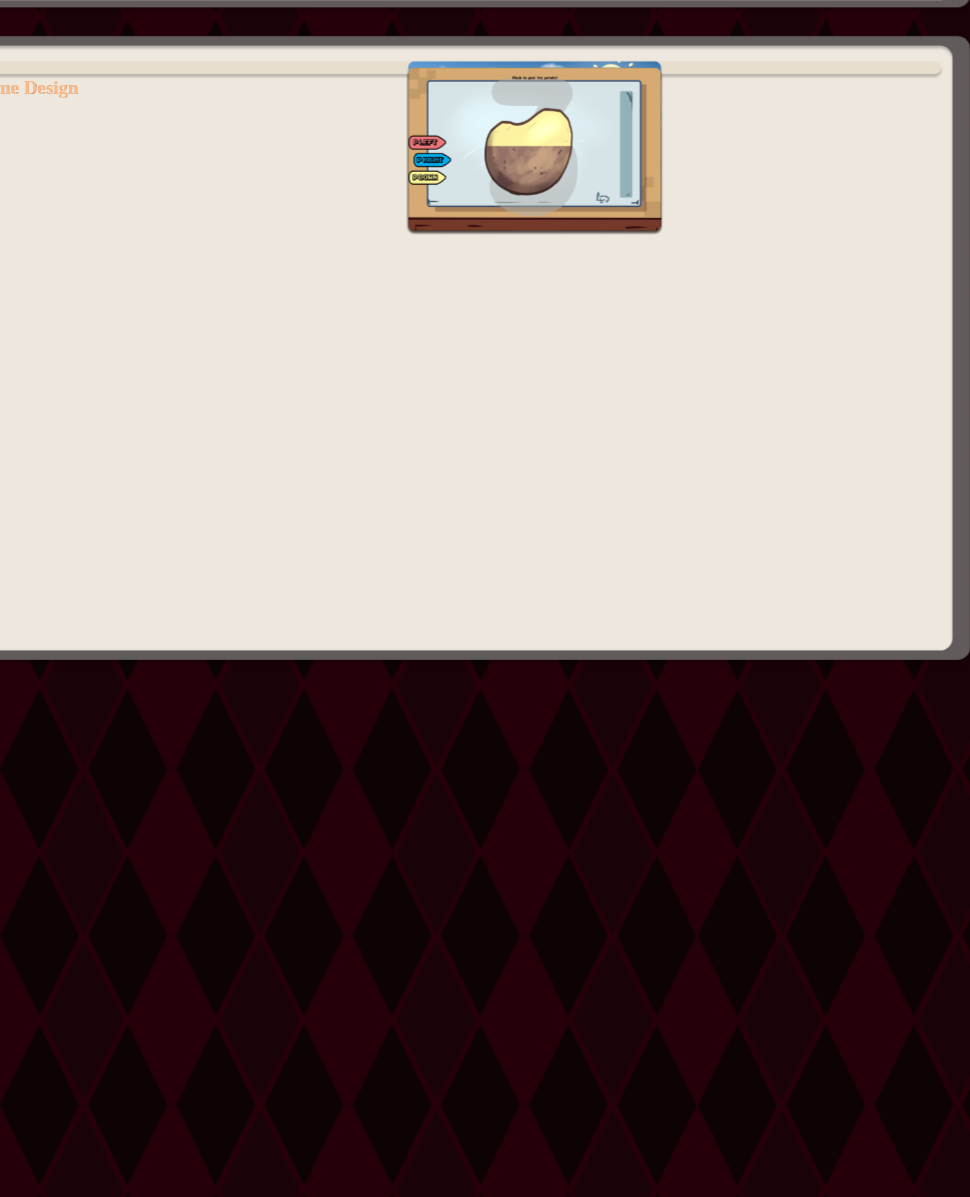
Repository: EMP-ChristinaC/Portfolio
Page: projects/potato-shuffle/potato.html
These files come from the project's save history. The page is drawn as it stood at one moment and after a run of saves; the edit follows.
The browser window is 1280 px wide. The page is 1540 px wide, so the pictures cover 1540 px, including what lies to the right of the window. The pictures show the part of the page from y = 2640 to 4540 px (the page is 4978 px tall), at 63% of full size.
Some web fonts or font styles are not loaded; a fallback is used.

Above is the page before, as saved 2024-12-09 13:59:59.

After the next 5 saves:
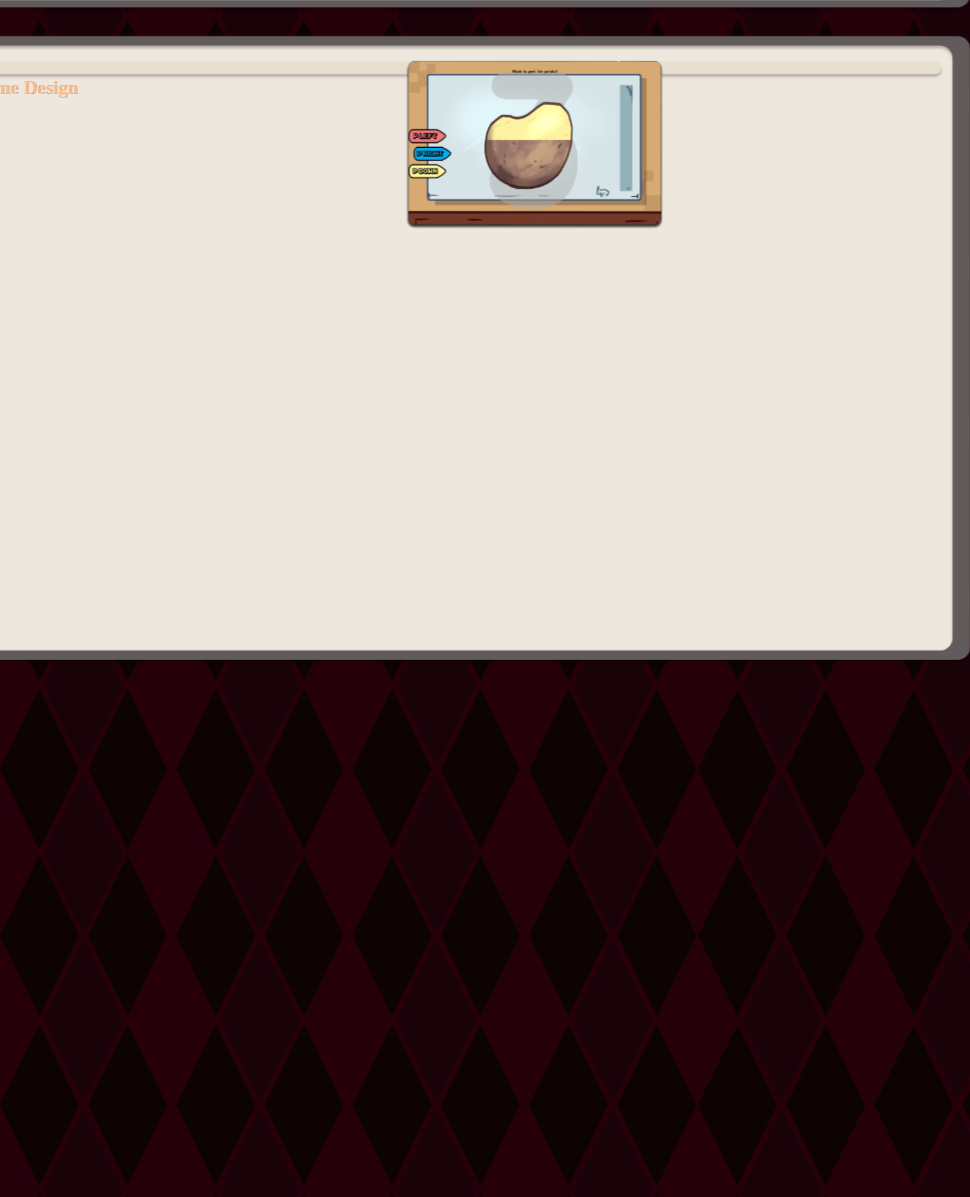
The 5 saves are shown as one change because they came seconds apart.
The last was saved 18 s later.
--- a/projects/potato-shuffle/potato.css
+++ b/projects/potato-shuffle/potato.css
@@ -552,7 +552,7 @@ footer.section p {
     width: 409px;
     height: 266px;
     position: absolute;
-    top: 50%;
+    top: 0%;
     left: 50%;
     /* transform: translate(4%, 610%); */
 }
@@ -561,7 +561,7 @@ footer.section p {
     width: 409px;
     height: 266px;
     position: absolute;
-    top: 50%;
+    top: 0%;
     left: 50%;
     /* transform: translate(-105%, 715%); */
 }
@@ -570,7 +570,7 @@ footer.section p {
     width: 409px;
     height: 266px;
     position: absolute;
-    top: 50%;
+    top: 0%;
     left: 50%;
     /* transform: translate(4%, 715%); */
 }
@@ -579,7 +579,7 @@ footer.section p {
     width: 409px;
     height: 266px;
     position: absolute;
-    top: 50%;
+    top: 0%;
     left: 50%;
     /* transform: translate(-105%, 820%); */
 }
